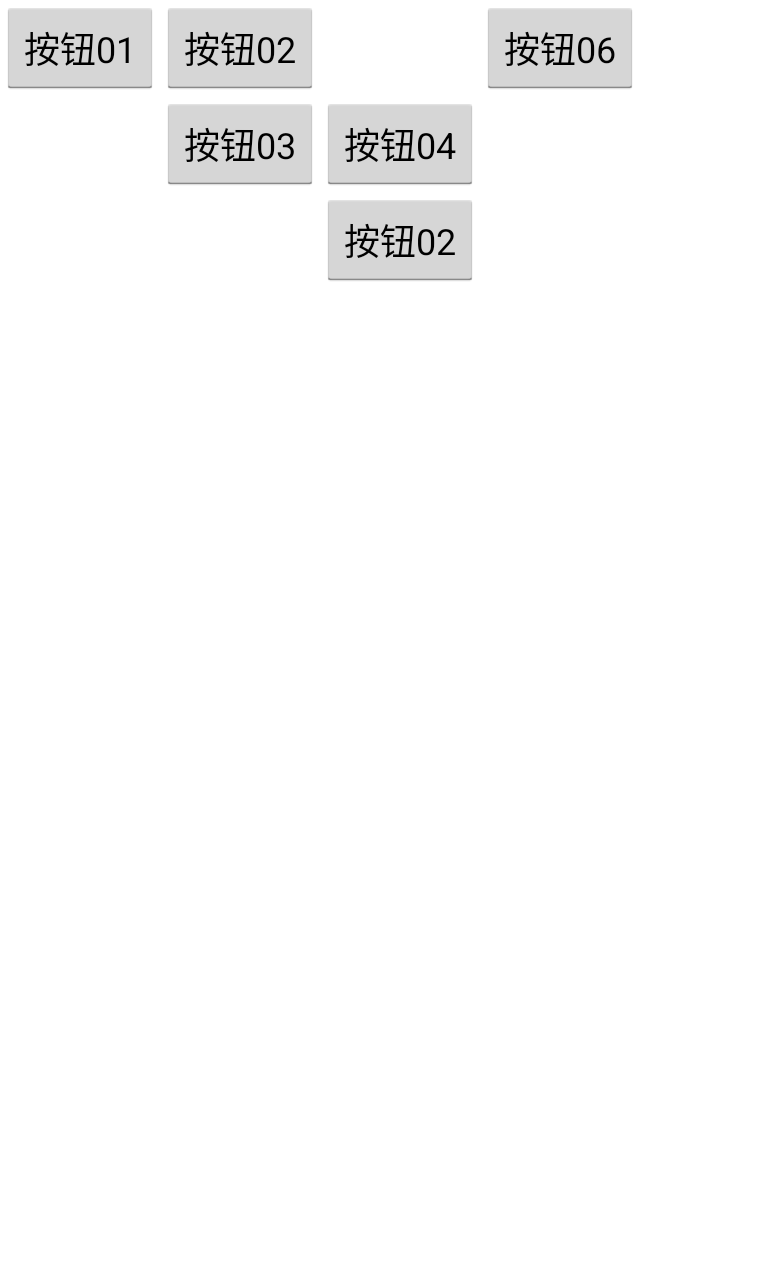
Repository: sonyi/androidClass
Layout: androidExercise/Android_003_TableLayout/res/layout/activity_main.xml
An editor plug-in stored every save of this project. The layout is shown before and after the next save, followed by the edit.
It is drawn on a 768 x 1280 px phone screen (xhdpi) without system bars, with theme AppTheme; the app's code is not run.

Above is the layout before, as saved 2014-05-29 05:09:29.

After the next save:
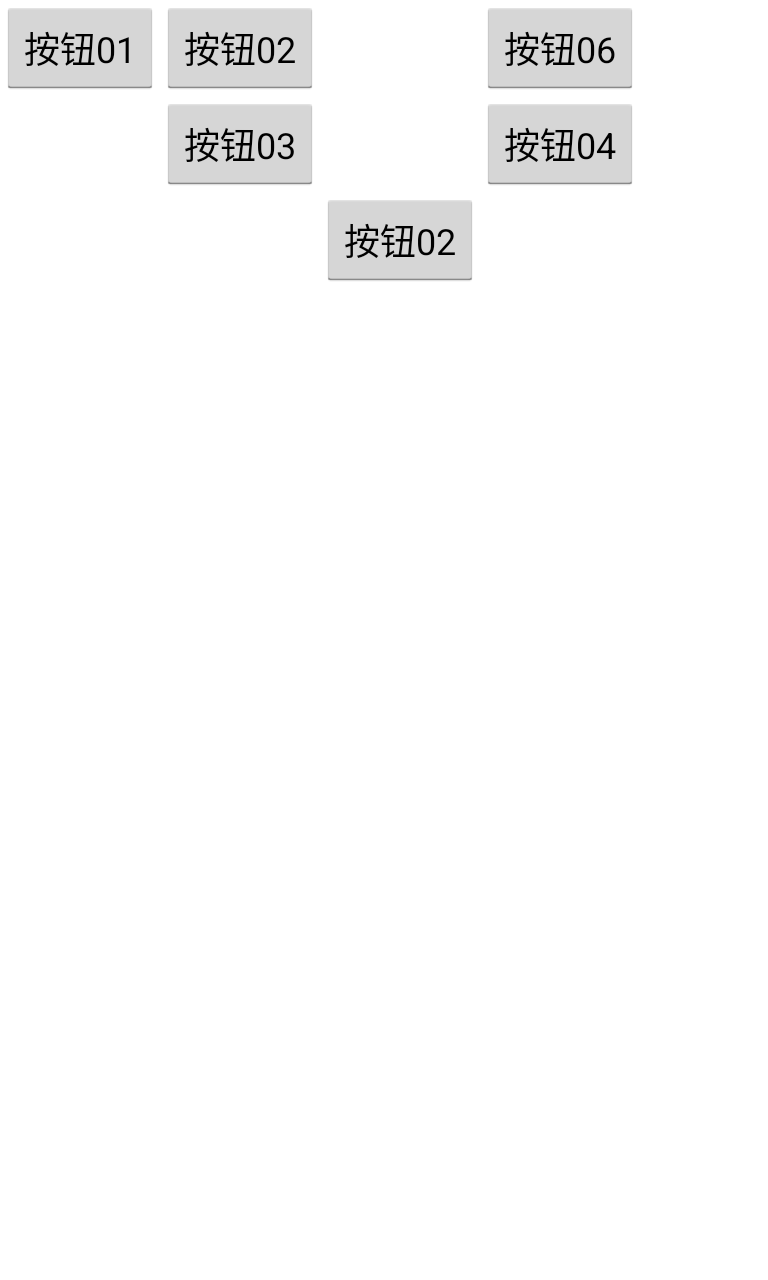
Saved 42 s later.
--- a/androidExercise/Android_003_TableLayout/res/layout/activity_main.xml
+++ b/androidExercise/Android_003_TableLayout/res/layout/activity_main.xml
@@ -41,7 +41,7 @@
             android:id="@+id/btn_04"
             android:layout_width="wrap_content"
             android:layout_height="wrap_content"
-            android:layout_column="1"
+            android:layout_column="3"
             android:text="按钮04" />
     </TableRow>
 
